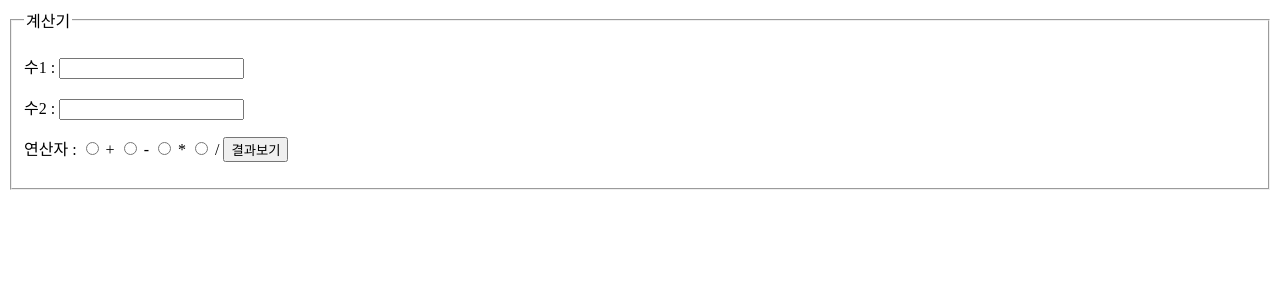
Repository: Kebiskim/2023_jspStudy
Page: 01_servlet/src/main/webapp/view/Ex07.html
These files come from the project's save history. The page is drawn as it stood at one moment and after a run of saves; the edit follows.
The browser window is 1280 px wide. The pictures show the whole page.

Above is the page before, as saved 2023-06-30 04:17:22.

After the next 2 saves:
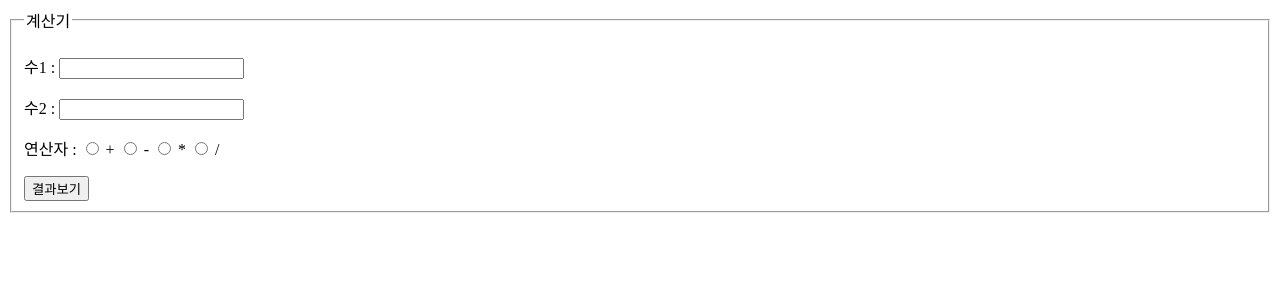
The 2 saves are shown as one change because they came seconds apart.
The last was saved 14 s later.
--- a/01_servlet/src/main/webapp/view/Ex07.html
+++ b/01_servlet/src/main/webapp/view/Ex07.html
@@ -39,8 +39,8 @@
 					<input type="radio" name="op" value="-"> -
 					<input type="radio" name="op" value="*"> *
 					<input type="radio" name="op" value="/"> /
+				</p>
 					<input type="submit" value="결과보기">
-					</p>
 			</fieldset>
 		</form>
 	</div>
